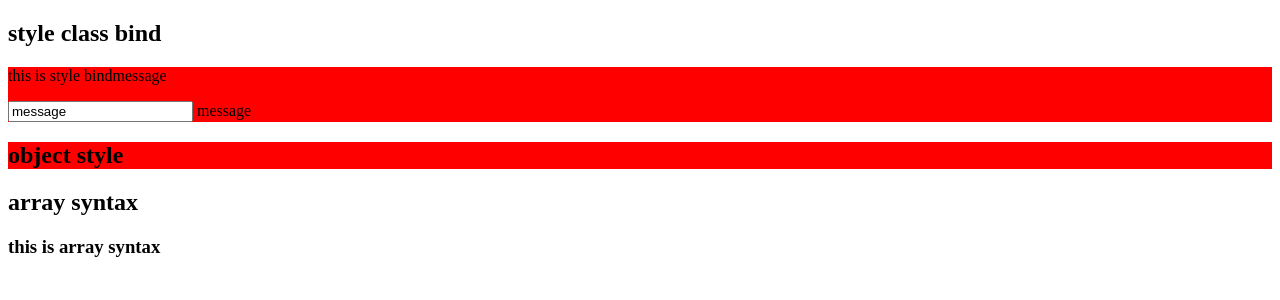
Repository: MeghaNagari/PracticeAtVMC
Page: Practice/VuePractice/WebContent/ClassStyleBind.html
These files come from the project's save history. The page is drawn as it stood at one moment and after the next save; the edit follows.
The browser window is 1280 px wide. The pictures show the whole page.
Some web libraries are served in a nearby version.

Above is the page before, as saved 2018-03-19 18:12:03.

### Practice/VuePractice/WebContent/ClassStyleBind.html
<!DOCTYPE html>
<html>
<head>
<meta charset="UTF-8">
<title>Insert title here</title>
<script src="https://cdn.jsdelivr.net/npm/vue@2.5.16/dist/vue.js"></script>

<style>
         .active {
            background: red;
         }




      </style>

</head>
<body>
<h2>style class bind</h2>
<div id="test1">
<div class="static" v-bind:class="{ active: isActive, 'text-danger': hasError }">

     <p> this is style bind{{msg}}</p>



<input type="text" v-model=msg>
{{msg}}
</div>
</div>

<div id="test2">
<div v-bind:class="classObject">
<h2>object style</h2>
</div>
</div>

<h2>array syntax</h2>
<div id="test3">
<div v-bind:class="[activeClass, errorClass]">
<h3>this is array syntax</h3>

</div>
</div>
</body>

<script>
new Vue({

	el:"#test1",
	data: {
		  isActive: true,
		  hasError: false,
		  msg:"message"
		}


})

</script>

<script>
new Vue({
	el:"#test2",

data: {
	  isActive: true,
	  error: null
	},
	computed: {
	  classObject: function () {
	    return {
	      active: this.isActive && !this.error,
	      'text-danger': this.error && this.error.type === 'fatal'
	    }
	  }
	}
})


</script>


<script>

new Vue({

	el:"#test4",
	data: {
		  activeClass: 'active',
		  errorClass: 'text-danger'
		}


})



</script>


</html>

After the next save:
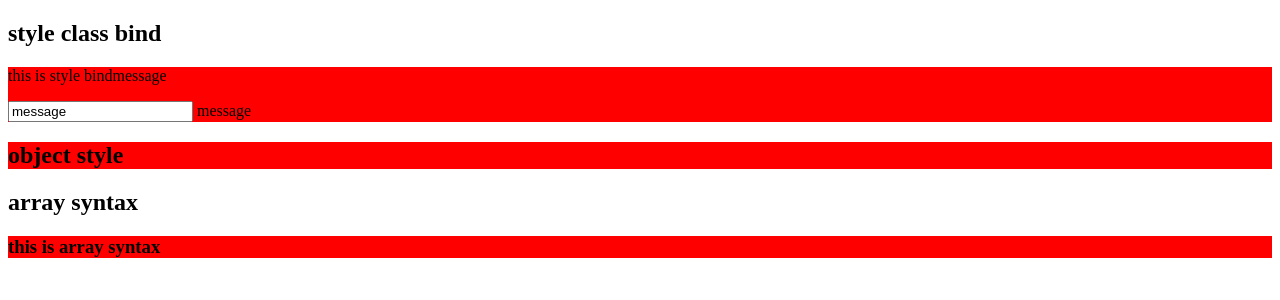
Saved 9 s later.
--- a/Practice/VuePractice/WebContent/ClassStyleBind.html
+++ b/Practice/VuePractice/WebContent/ClassStyleBind.html
@@ -86,7 +86,7 @@ data: {
 
 new Vue({
 
-	el:"#test4",
+	el:"#test3",
 	data: {
 		  activeClass: 'active',
 		  errorClass: 'text-danger'
